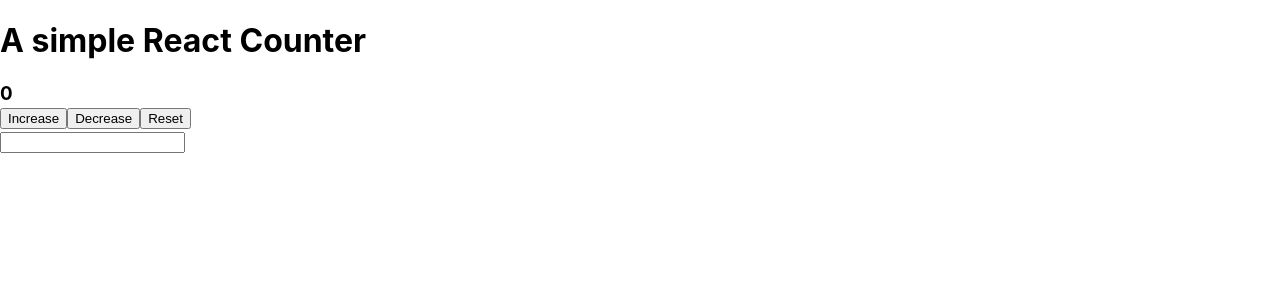
Repository: qudos4real/altschool-second-sem
Page: /
The author's editor kept a copy of each file at every save. The page is drawn from the files as they stood at one save, then again after the next save.
The browser window is 1280 px wide. The pictures show the whole page.
The project was rebuilt for these pictures with package versions that can differ from the ones it lists, and the page was loaded fresh each time. Also part of the build but not shown: src/App.css.

Above is the page before, as saved 2022-11-03 01:34:39.

After the next save:
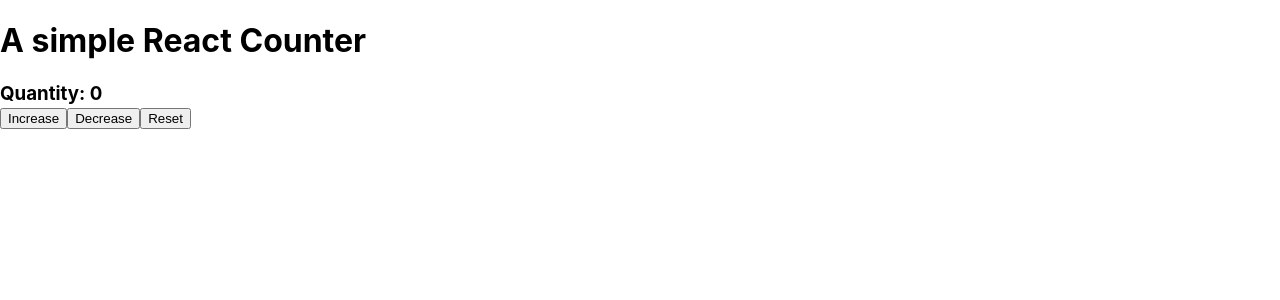
Saved 34 s later.
--- a/src/Counter.js
+++ b/src/Counter.js
@@ -30,13 +30,13 @@ function Counter() {
         <div>
             <h3>
             {/* Quantity: {quantity.count} */}
-            0
+            Quantity: 0
             <br />
             <button onClick={dispatchEvent}>Increase</button>
             <button onClick>Decrease</button>
             <button onClick>Reset</button>
             <br />
-            <input type="number" onChange={(e) => quantity.setValue(e.target.value)} />
+            {/* <input type="number" onChange={(e) => quantity.setValue(e.target.value)} /> */}
 
 
             </h3>
